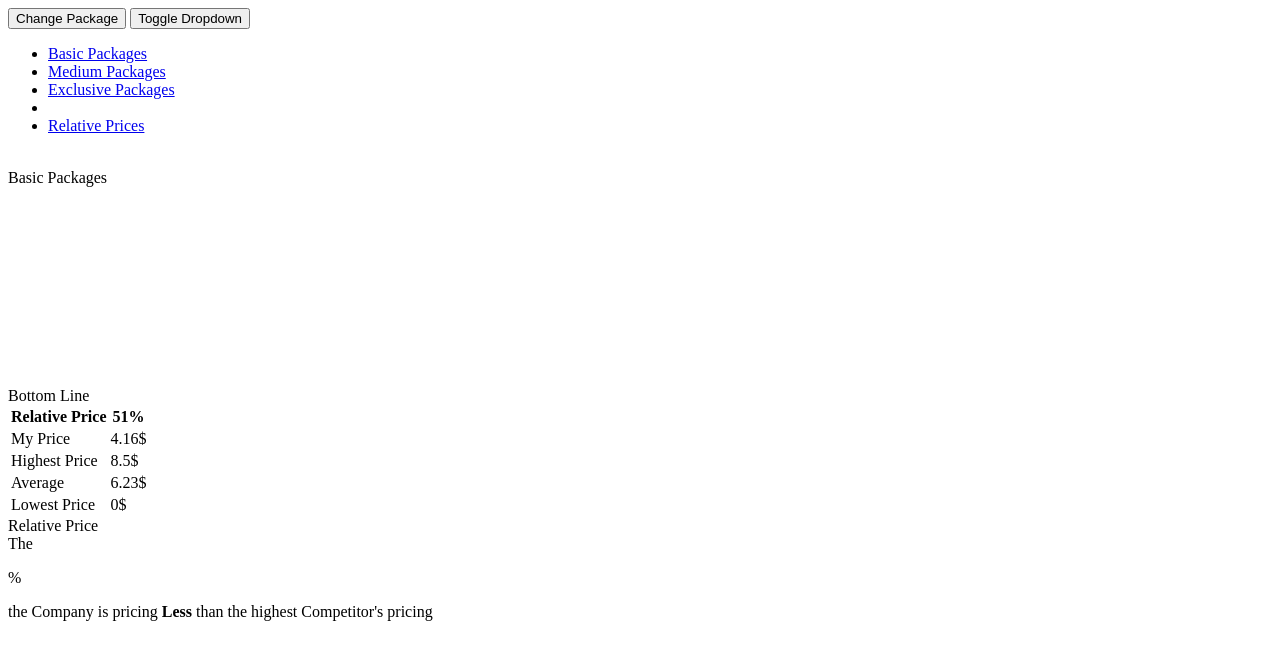
Repository: netaosman/Price-try-course
Page: prixceFrontEnd/src/main/webapp/Prixce_FrontEnd/HTML/Market/pricesPack/BasicPackages.html
The author's editor kept a copy of each file at every save. The page is drawn from the files as they stood at one save, then again after the next save.
The browser window is 1280 px wide. The pictures show the whole page.

Above is the page before, as saved 2017-09-24 16:03:09.

After the next save:
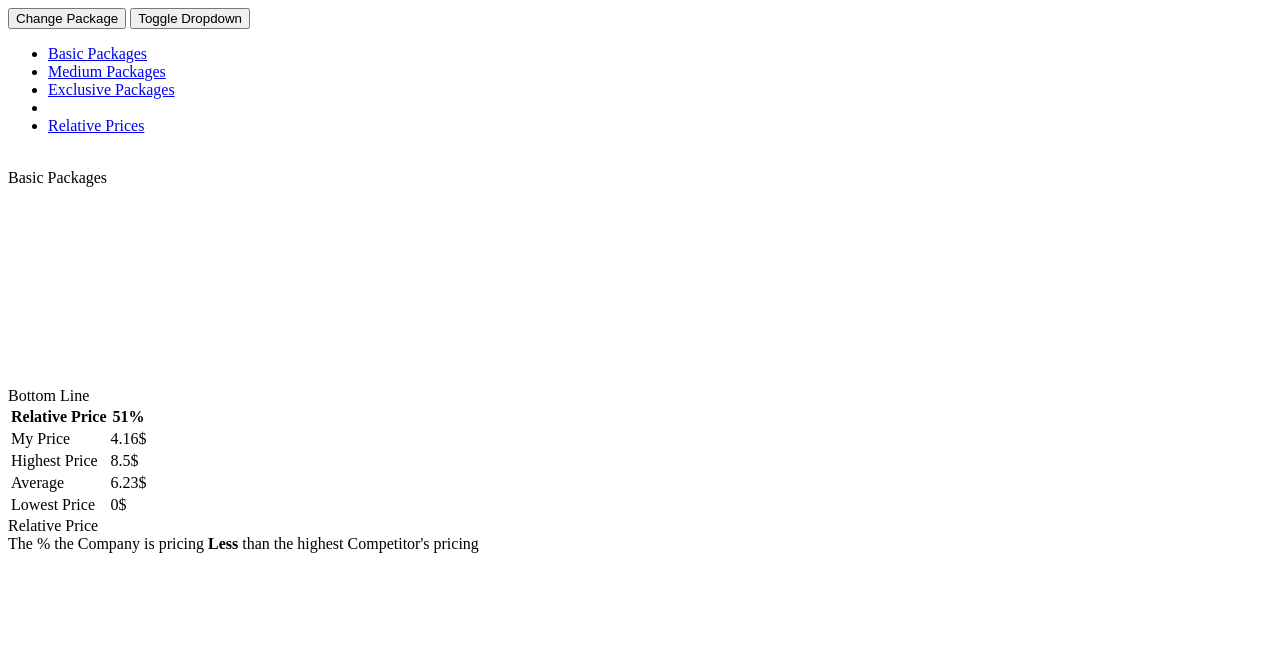
Saved 56 s later.
--- a/prixceFrontEnd/src/main/webapp/Prixce_FrontEnd/HTML/Market/pricesPack/BasicPackages.html
+++ b/prixceFrontEnd/src/main/webapp/Prixce_FrontEnd/HTML/Market/pricesPack/BasicPackages.html
@@ -78,7 +78,7 @@
 		<div class="col-xs-12 col-md-4 col-lg-4">
 			<div class="panel panel-default-1">
 				<div class="panel-title">Relative Price</div>
-				<div class="panel-body">The <p color="#fff">%</p> the Company is pricing <b>Less</b> than
+				<div class="panel-body">The % the Company is pricing <b>Less</b> than
 					the highest Competitor's pricing</div>
 			</div>
 		</div>
